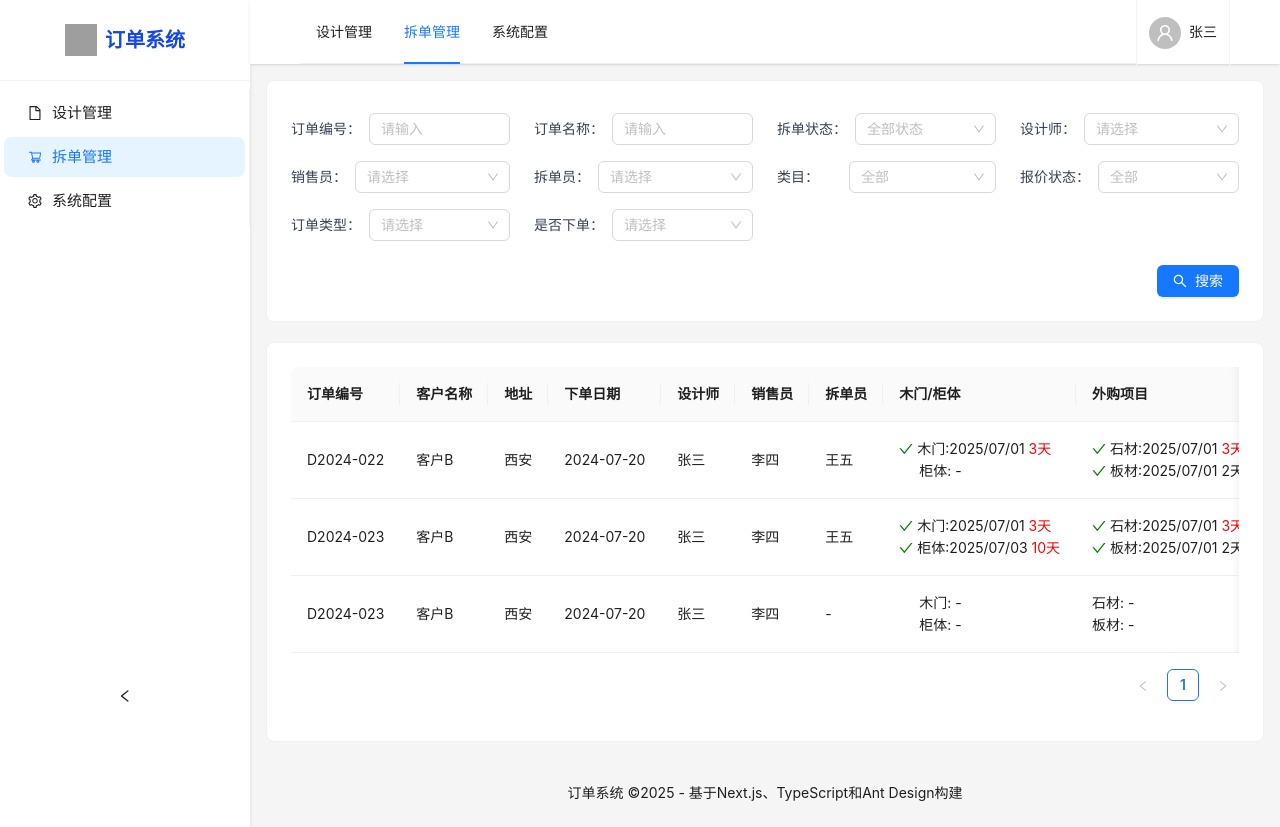
Repository: Garyxiwang/order_system
Page: /split (app in front/)
These files come from the project's save history. The page is drawn as it stood at one moment and after the next save; the edit follows.
The browser window is 1280 px wide. The pictures show the whole page.
Pictures or frames that could not be fetched are drawn as grey boxes. The project was rebuilt for these pictures with package versions that can differ from the ones it lists, and the page was loaded fresh each time. The framework's server and built-in components were replaced by stand-ins that run in the browser. Also part of the build but not shown: front/next.config.js, front/next.config.ts.

Above is the page before, as saved 2025-08-04 17:14:28.

After the next save:
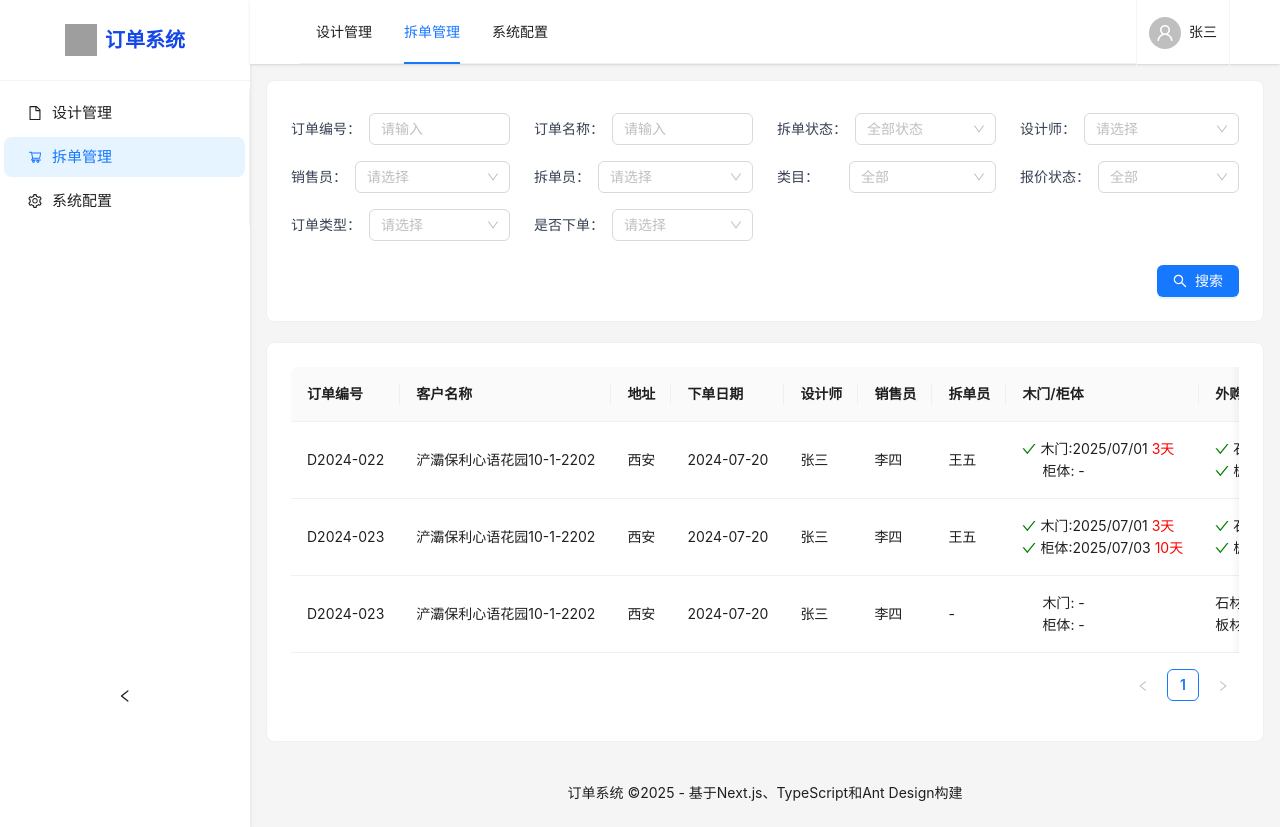
Saved 70 s later.
--- a/front/src/app/split/page.tsx
+++ b/front/src/app/split/page.tsx
@@ -27,7 +27,7 @@ const DesignPage: React.FC = () => {
   const designData = [
     {
       designNumber: "D2024-022",
-      customerName: "客户B",
+      customerName: "浐灞保利心语花园10-1-2202",
       address: "西安",
       createTime: "2024-07-20",
       designer: "张三",
@@ -44,7 +44,7 @@ const DesignPage: React.FC = () => {
     },
     {
       designNumber: "D2024-023",
-      customerName: "客户B",
+      customerName: "浐灞保利心语花园10-1-2202",
       address: "西安",
       createTime: "2024-07-20",
       designer: "张三",
@@ -61,7 +61,7 @@ const DesignPage: React.FC = () => {
     },
     {
       designNumber: "D2024-023",
-      customerName: "客户B",
+      customerName: "浐灞保利心语花园10-1-2202",
       address: "西安",
       createTime: "2024-07-20",
       designer: "张三",
